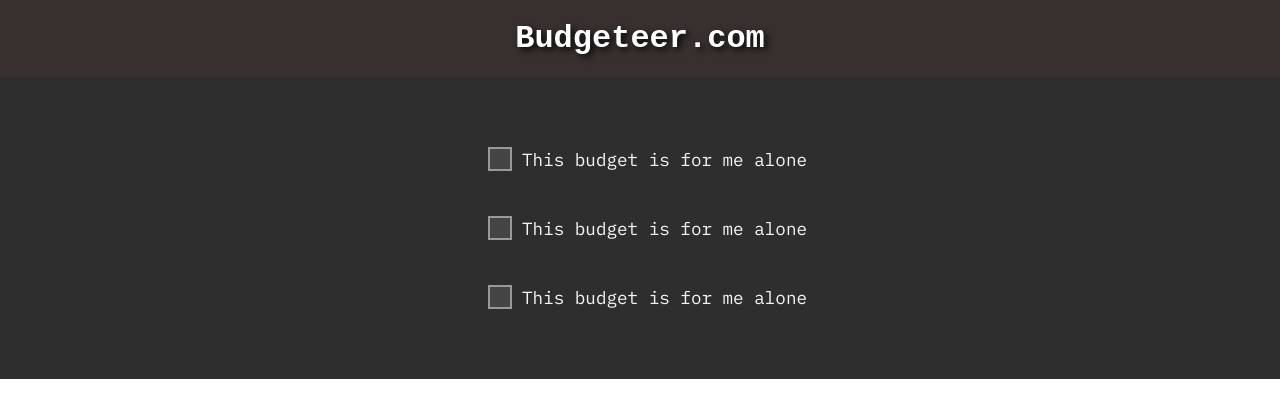
Repository: CaioNunes56/Budgeteer
Page: index.html
These files come from the project's save history. The page is drawn as it stood at one moment and after the next save; the edit follows.
The browser window is 1280 px wide. The pictures show the whole page.

Above is the page before, as saved 2025-04-26 13:47:44.

### index.html
<!DOCTYPE html>
<html lang="en">
<head>
    <meta charset="UTF-8">
    <meta name="viewport" content="width=device-width, initial-scale=1.0">
    <title>Budgeteer</title>
    <link rel="stylesheet" href="style.css">
    <link href="https://fonts.googleapis.com/css2?family=IBM+Plex+Mono&display=swap" rel="stylesheet">
</head>
<body>
    <header>
        <h1>Budgeteer.com</h1>
    </header>
    <main>
        <div class="mainbox">
            <form class="basic-inputs">
                <label class="custom-checkbox">
                    <input type="checkbox">
                    <span class="checkmark"></span>
                    This budget is for me alone
                  </label>
                  <label class="custom-checkbox">
                    <input type="checkbox">
                    <span class="checkmark"></span>
                    This budget is for me alone
                  </label>
                  <label class="custom-checkbox">
                    <input type="checkbox">
                    <span class="checkmark"></span>
                    This budget is for me alone
                  </label>
            </form>
        </div>
    </main>




</body>
</html>

### style.css
body{
    margin: 0;
    padding: 0;
    display: flex;
    flex-direction: column;
    height: 100%;
}

body *{
    margin: 0;
    padding: 0;
}

.bodyfont{
    font-family: 'Courier New', Courier, monospace;
    color: whitesmoke
}

header{
    display: flex;
    justify-content: center;;
    align-items: center;
    background-color: #38302E;
    padding: 20px;

}

header h1{
    font-family: 'Courier New', Courier, monospace;
    font-weight: bold;
    color: white;
    text-shadow: 3px 3px 6px rgba(0, 0, 0, 0.9);
}

main{
    display:flex;
    justify-content: center;
    align-items: center;
    flex-grow: 1;
    padding: 150px 50px 150px 50px;
    background-color: #2E2E2E;
    color: #F5F5F5;
      font-family: 'IBM Plex Mono', monospace;
      padding: 40px;
}

.basic-inputs *{
    margin: 15px;
}
/*CHECKBOX STYLING*/
label.custom-checkbox {
    display: flex;
    align-items: center;
    cursor: pointer;
    font-size: 1.1em;
    user-select: none;
  }

  /* Hide the native checkbox */
  .custom-checkbox input[type="checkbox"] {
    display: none;
  }

  /* Custom checkbox style */
  .custom-checkbox .checkmark {
    width: 20px;
    height: 20px;
    background-color: #444;
    border: 2px solid #999;
    display: inline-block;
    position: relative;
    margin-right: 10px;
    transition: background-color 0.2s, border-color 0.2s;
  }

  /* Checked state */
  .custom-checkbox input:checked + .checkmark {
    background-color: #4CAF50; /* Green noir check */
    border-color: #4CAF50;
  }

  /* Checkmark icon */
  .custom-checkbox input:checked + .checkmark::after {
    content: "";
    position: absolute;
    left: 6px;
    top: 2px;
    width: 5px;
    height: 10px;
    border: solid white;
    border-width: 0 2px 2px 0;
    transform: rotate(45deg);
  }

  /* Optional hover effect */
  .custom-checkbox:hover .checkmark {
    border-color: #ccc;
  }

After the next save:
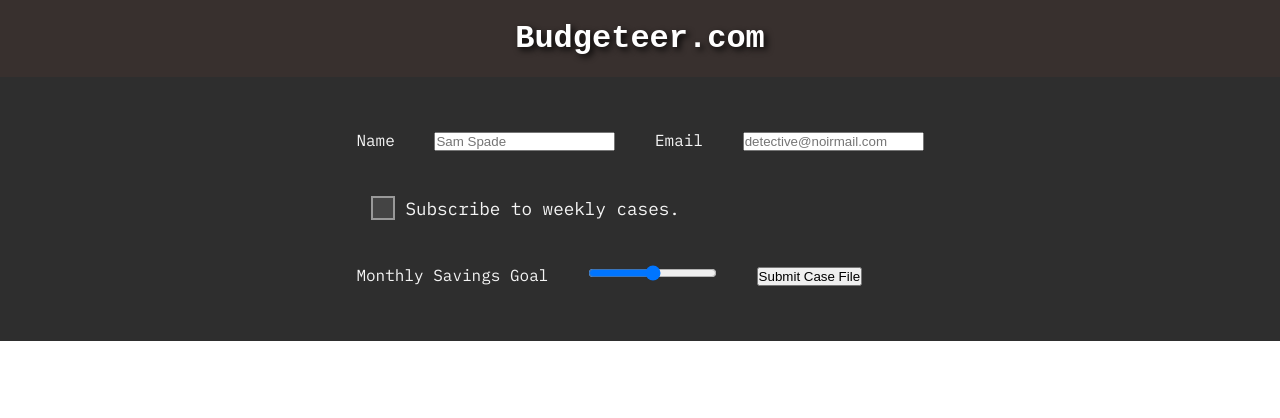
Saved 9 min 42 s later.
--- a/index.html
+++ b/index.html
@@ -6,6 +6,7 @@
     <title>Budgeteer</title>
     <link rel="stylesheet" href="style.css">
     <link href="https://fonts.googleapis.com/css2?family=IBM+Plex+Mono&display=swap" rel="stylesheet">
+
 </head>
 <body>
     <header>
@@ -14,27 +15,26 @@
     <main>
         <div class="mainbox">
             <form class="basic-inputs">
+
+                <label for="name">Name</label>
+                <input type="text" id="name" placeholder="Sam Spade">
+
+                <label for="email">Email</label>
+                <input type="email" id="email" placeholder="detective@noirmail.com">
+
                 <label class="custom-checkbox">
                     <input type="checkbox">
                     <span class="checkmark"></span>
-                    This budget is for me alone
-                  </label>
-                  <label class="custom-checkbox">
-                    <input type="checkbox">
-                    <span class="checkmark"></span>
-                    This budget is for me alone
-                  </label>
-                  <label class="custom-checkbox">
-                    <input type="checkbox">
-                    <span class="checkmark"></span>
-                    This budget is for me alone
-                  </label>
+                    Subscribe to weekly cases.
+                </label>
+
+                <label for="savings">Monthly Savings Goal</label>
+                <input type="range" id="savings" name="savings" min="0" max="100">
+
+                <button type="submit">Submit Case File</button>
+
             </form>
         </div>
     </main>
-
-
-
-
 </body>
 </html>
